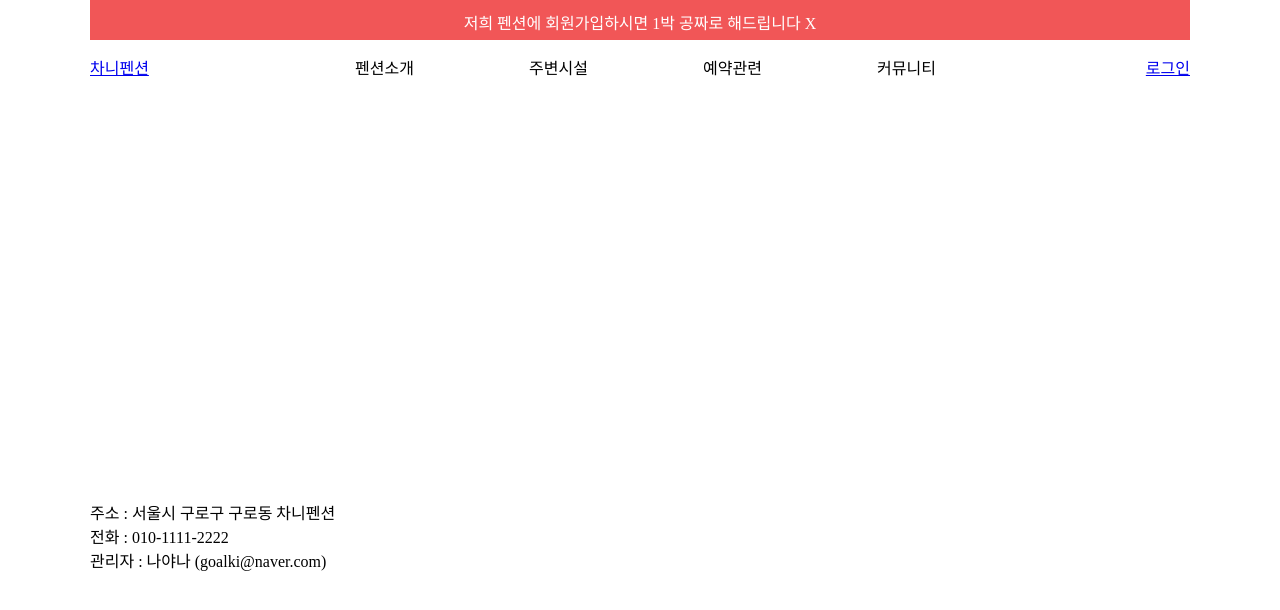
Repository: goalki/pension
Page: http://localhost/pension/admin/reserve_view.jsp
The author's editor kept a copy of each file at every save. The page is drawn from the files as they stood at one save, then again after the next save.
The browser window is 1280 px wide. The pictures show the whole page.
The page is served by Tomcat 9. Other server files are loaded and not shown. The template is opened directly, without the code that normally fills it, so the values that code supplies are empty.

Above is the page before, as saved 2021-01-18 07:14:19.

### pension/WebContent/admin/reserve_view.jsp
<%@ page language="java" contentType="text/html; charset=UTF-8"
    pageEncoding="UTF-8"%>
<%@ include file="../top.jsp" %>
<%@ taglib prefix="c" uri="http://java.sun.com/jsp/jstl/core" %>

 <style>
  #section {
    width:1100px;
    height:400px;
    margin:auto;
    text-align:center;
  }
  #section #reserve {
    width:700px;
    margin:auto;
  }
 </style>
 <div id="section">
   <div id="reserve">
      <table width="600" align="center">

      </table>
   </div>
 </div>

<%@ include file="../bottom.jsp" %>

### pension/WebContent/top.jsp
<%@ page language="java" contentType="text/html; charset=UTF-8"
    pageEncoding="UTF-8"%>
<%@ taglib prefix="c" uri="http://java.sun.com/jsp/jstl/core" %>

<!DOCTYPE html>
<html>       <!-- index.jsp -->
<head>
<meta charset="UTF-8">
<title>Insert title here</title>
  <style>
    body {
      margin:0px;
    }
    #first {  /* 광고관련 1층 */
      width:1100px;
      height:30px;
      margin:auto;
      background:#f15657;
      text-align:center;
      padding-top:10px;
      color:white;
    }
    #second {  /* 로고, 메뉴 2층 */
      width:1100px;
      height:60px;
      margin:auto;
    }
    #second #left {
      padding-top:15px;
      width:100px;
      float:left;
    }
    #second #right {
      padding-top:15px;
      width:1000px;
      float:right;
      text-align:right;
    }
    #second #right #menu {
      display:inline-block;
      width:170px;
      height:30px; /* 주메뉴의 높이를 줘야 됩니다 */
      position:relative;
    }
    #second #right #menu:last-child {
      width:250px;
    }
    #second #right #menu .sub {
      position:absolute;
      width:120px;
      left:88px;
      top:10px;
      background:white;
      padding-left:0px;
      visibility:hidden;
      padding-top:10px;

    }
    #second #right #menu .sub li {
      list-style-type:none;
      text-align:center; /* 서브메뉴의 글자 중앙 */
    }


  </style>
    <script src="http://code.jquery.com/jquery-latest.js"></script>
  <script>
    function view_sub(n)
    {
    	document.getElementsByClassName("sub")[n].style.visibility="visible";
    }
    function hide_sub(n)
    {
    	document.getElementsByClassName("sub")[n].style.visibility="hidden";
    }

    $(function()
    {
    	$("#ff").click(function()
    	{
    		$("#first").slideUp();

    	});
    });
  </script>
</head>
<body>
  <div id="first">
     저희 펜션에 회원가입하시면  1박 공짜로 해드립니다
   <span id="ff"  style="cursor:pointer"> X </span>
  </div>
  <div id="second">
     <div id="left"> <a href="../main/index.jsp"> 차니펜션 </a></div>
     <div id="right">
        <span id="menu" onmouseenter="view_sub(0)" onmouseleave="hide_sub(0)"> 펜션소개
        <!-- 부메뉴 -->
           <ul class="sub">
            <li> <a href="../sogae/sogae.jsp"> 우리펜션 </a> </li>
            <li> 오시는길 </li>
           </ul>
        </span>
        <span id="menu" onmouseenter="view_sub(1)" onmouseleave="hide_sub(1)"> 주변시설
        <!-- 부메뉴 -->
           <ul class="sub">
            <li> 만리포 </li>
            <li> 연포</li>
            <li> 채석정 </li>
           </ul>
        </span>
        <span id="menu" onmouseenter="view_sub(2)" onmouseleave="hide_sub(2)"> 예약관련
         <!-- 부메뉴 -->
           <ul class="sub">
            <li>  예약 규정 </a> </li>
            <li> <a href="../reserve/reserve.jsp"> 실시간 예약 </a> </li>
           </ul>
        </span>
        <span id="menu" onmouseenter="view_sub(3)" onmouseleave="hide_sub(3)"> 커뮤니티
        <!-- 부메뉴 -->
           <ul class="sub">
            <li> 여행 후기 </li>
            <li> 자유게시판 </li>
           </ul>
        </span>
        <span id="menu">
          <!-- 로그인 전 -->
          <c:if test="${userid == null}">
           <a href="../login/login.jsp"> 로그인 </a>
          </c:if>
          <!-- 관리자 로그인 한 경우 -->
          <c:if test="${userid == 'admin'}">
           <a href="../admin/reserve_view.jsp"> 예약관리  </a> /
           <a href="../admin/member_view.jsp"> 회원관리 </a> /
           <a href="../login/logout.jsp"> 로그아웃 </a>
          </c:if>
          <!--  로그인 한 후 -->
          <c:if test="${userid != null and userid != 'admin'}">
            ${name}님!! <a href="../mypage/mypage.jsp"> 내정보 </a>  <a href="../login/logout.jsp"> 로그아웃 </a>
          </c:if>

        </span>
    </div>
  </div>
  <!-- 여기까지 1층과 2층  top.jsp -->

### pension/WebContent/bottom.jsp
<%@ page language="java" contentType="text/html; charset=UTF-8"
    pageEncoding="UTF-8"%>
 <style>
 #fifth {     /* 펜션소개 5층 */
      width:1100px;
      height:100px;
      margin:auto;
    }
 </style>
<!-- 여기부터 5층 => bottom.jsp -->
  <div id="fifth">
    주소 : 서울시 구로구 구로동 차니펜션 <br>
    전화 : 010-1111-2222 <br>
    관리자 : 나야나  (goalki@naver.com) <br>
  </div>

</body>
</html>

After the next save:
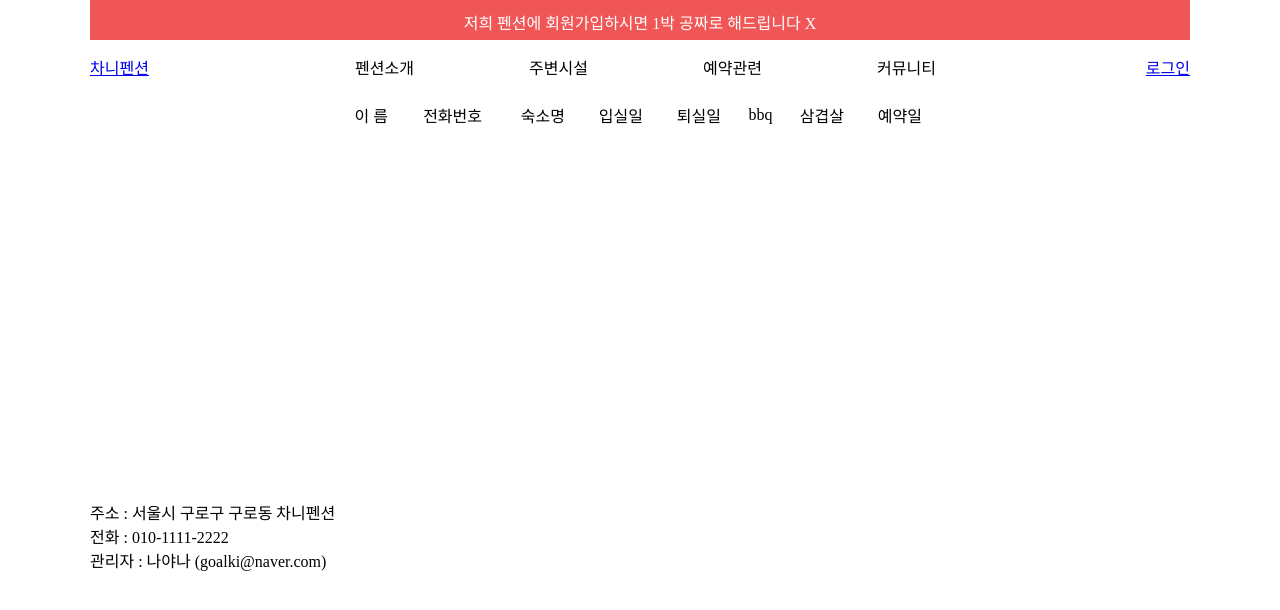
Saved 79 s later.
--- a/pension/WebContent/admin/reserve_view.jsp
+++ b/pension/WebContent/admin/reserve_view.jsp
@@ -18,7 +18,16 @@
  <div id="section">
    <div id="reserve">
       <table width="600" align="center">
-
+        <tr>
+          <td> 이 름 </td>
+          <td> 전화번호 </td>
+          <td> 숙소명 </td>
+          <td> 입실일 </td>
+          <td> 퇴실일 </td>
+          <td> bbq </td>
+          <td> 삼겹살 </td>
+          <td> 예약일 </td>
+        </tr>
       </table>
    </div>
  </div>
